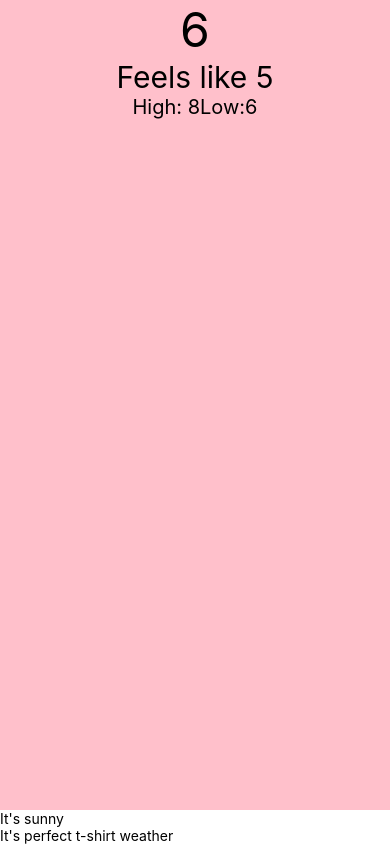
Repository: braduku28/react-weather-app
Screen: / (app in WeatherApp/)
The author's editor kept a copy of each file at every save. The screen is drawn from the files as they stood at one save, then again after the next save.
The app was drawn by React Native's web renderer in a window 390 px wide. The project was rebuilt for these pictures with package versions that can differ from the ones it lists, and the page was loaded fresh each time.

Above is the screen before, as saved 2023-10-10 14:41:54.

After the next save:
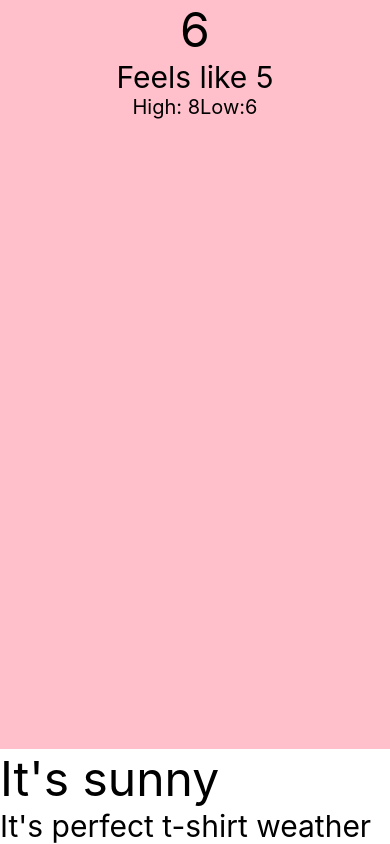
Saved 54 s later.
--- a/WeatherApp/App.tsx
+++ b/WeatherApp/App.tsx
@@ -15,7 +15,7 @@ const App = () =>{
       </View>
       <View style={styles.bodyWrapper}>
         <Text style={styles.description}>It's sunny</Text>
-        <Text>It's perfect t-shirt weather</Text>
+        <Text style={styles.message}>It's perfect t-shirt weather</Text>
       </View>
     </SafeAreaView>
   );
@@ -47,6 +47,12 @@ const styles=StyleSheet.create({
   bodyWrapper:{
     justifyContent:"flex-end",
     alignItems:"flex-start"
+  },
+  description:{
+    fontSize:48
+  },
+  message:{
+    fontSize:30
   }
 });
 
